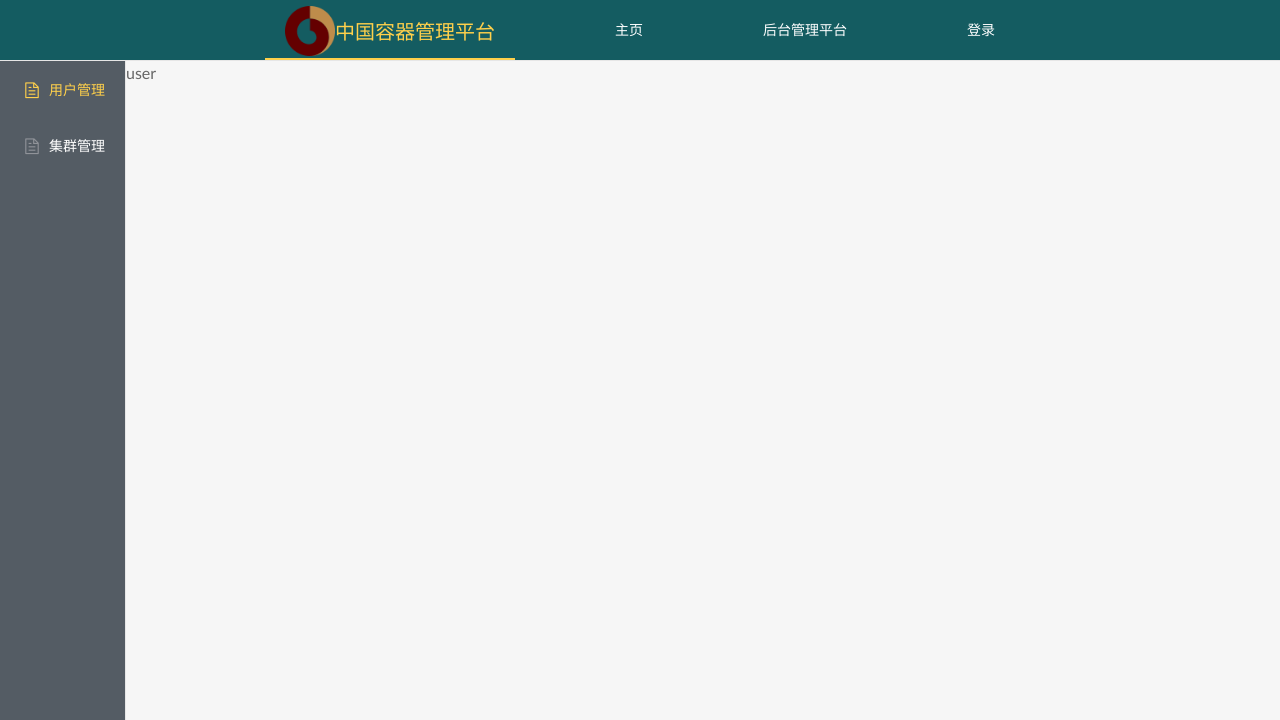
Repository: lei123zhou/zhongjin
Page: /main/management/user
An editor plug-in stored every save of this project. The page is shown before and after the next save, followed by the edit.
The browser window is 1280 px wide. The pictures show the whole page.
The project was rebuilt for these pictures with package versions that can differ from the ones it lists, and the page was loaded fresh each time. Also part of the build but not shown: vue.config.js.

Above is the page before, as saved 2022-08-29 21:47:30.

After the next save:
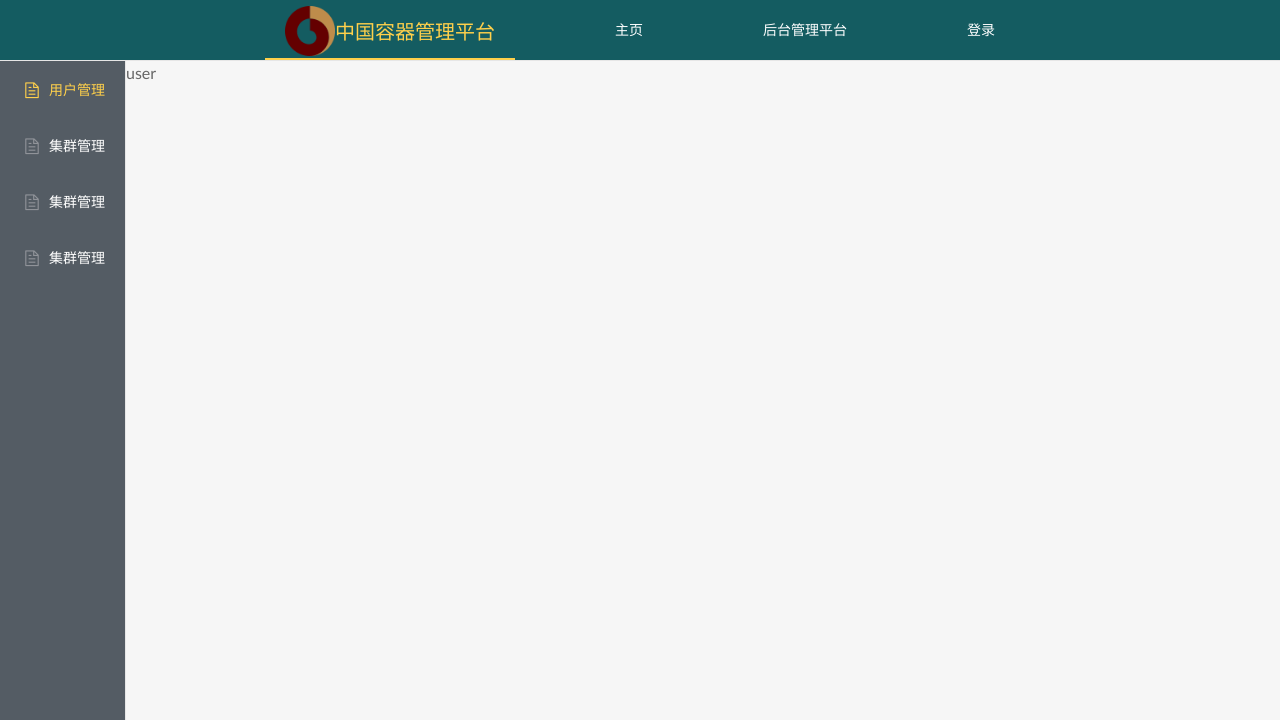
Saved 5 s later.
--- a/src/pages/management/ManagementPage.vue
+++ b/src/pages/management/ManagementPage.vue
@@ -13,6 +13,14 @@
       <el-menu-item index="user">
         <i class="el-icon-document"></i>
         <span slot="title">用户管理</span>
+      </el-menu-item>
+      <el-menu-item index="colony">
+        <i class="el-icon-document"></i>
+        <span slot="title">集群管理</span>
+      </el-menu-item>
+      <el-menu-item index="colony">
+        <i class="el-icon-document"></i>
+        <span slot="title">集群管理</span>
       </el-menu-item>
       <el-menu-item index="colony">
         <i class="el-icon-document"></i>
